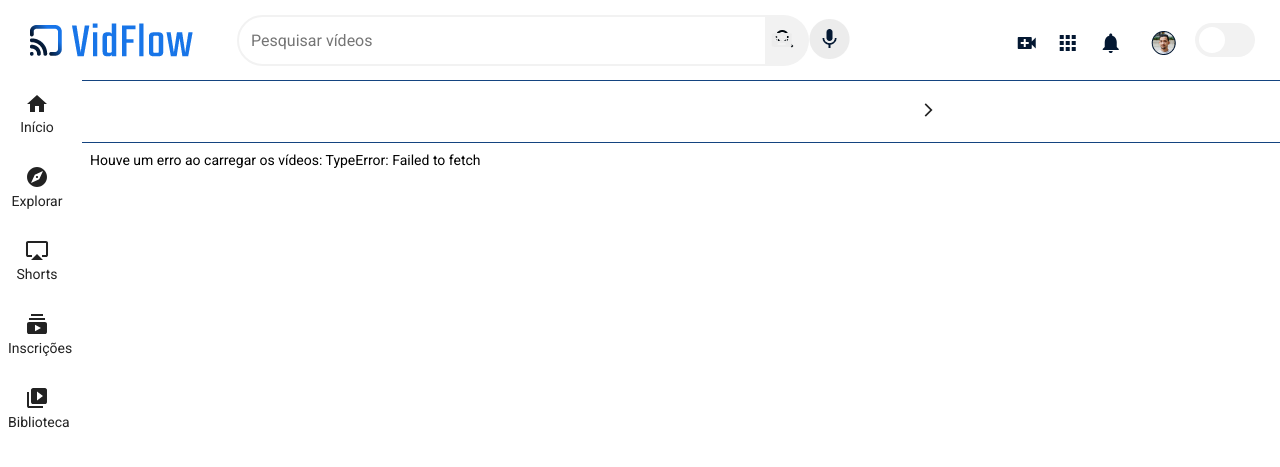
Repository: joaoPraiaJunior/curso-consumindo-api
Page: index.html
These files come from the project's save history. The page is drawn as it stood at one moment and after the next save; the edit follows.
The browser window is 1280 px wide. The pictures show the whole page.
The page's requests for data from a server got no answer.

Above is the page before, as saved 2024-08-15 19:22:04.

After the next save:
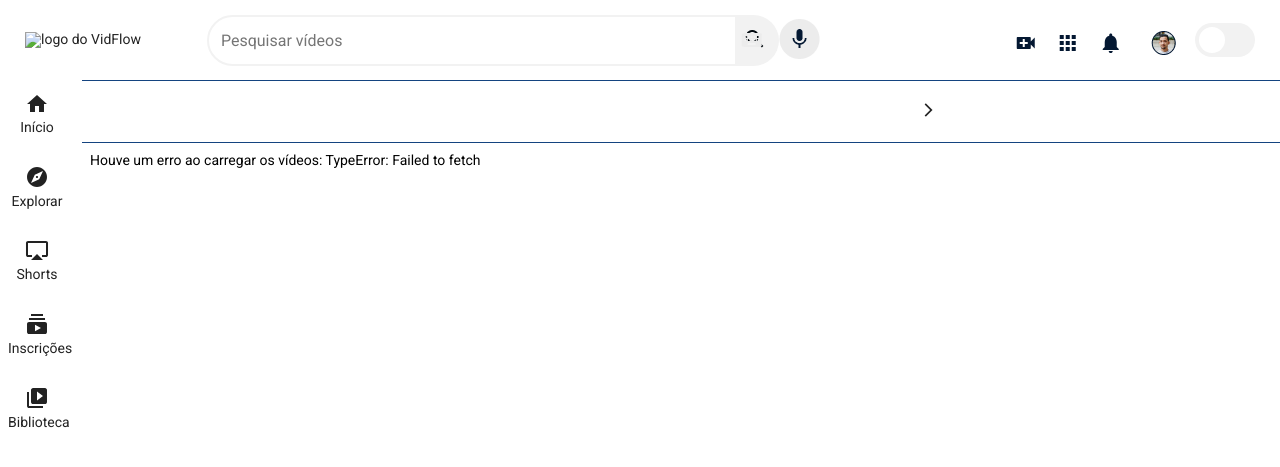
Not found: img/modo_claro/VidFlow--Logo-light-mode.png
Saved 3 min 8 s later.
--- a/index.html
+++ b/index.html
@@ -14,7 +14,7 @@
     <header>
         <nav class="cabecalho__container">
             <div class="logo__item">
-                <img src="./img/VidFlow--Logo-light-mode.png" alt="logo do VidFlow">
+                <img src="./img/modo_claro/VidFlow--Logo-light-mode.png" alt="logo do VidFlow">
             </div>
             <div class="cabecalho__pesquisar__item">
                 <form class="form__pesquisa">

After the save that followed:
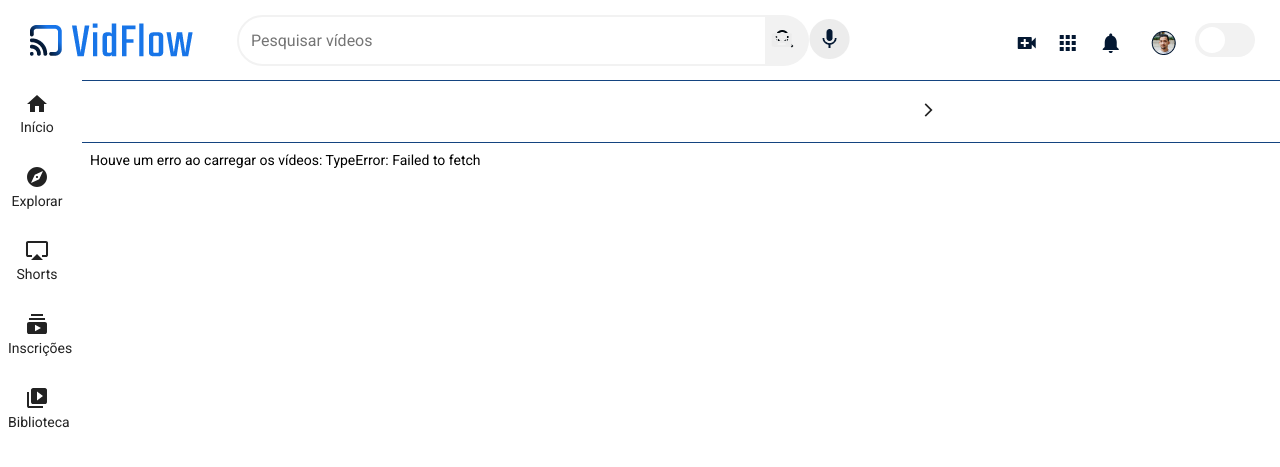
Saved 43 s later.
--- a/index.html
+++ b/index.html
@@ -14,7 +14,7 @@
     <header>
         <nav class="cabecalho__container">
             <div class="logo__item">
-                <img src="./img/modo_claro/VidFlow--Logo-light-mode.png" alt="logo do VidFlow">
+                <img src="./img/modo_claro/vidflow-logo-light-mode.png" alt="logo do VidFlow">
             </div>
             <div class="cabecalho__pesquisar__item">
                 <form class="form__pesquisa">
